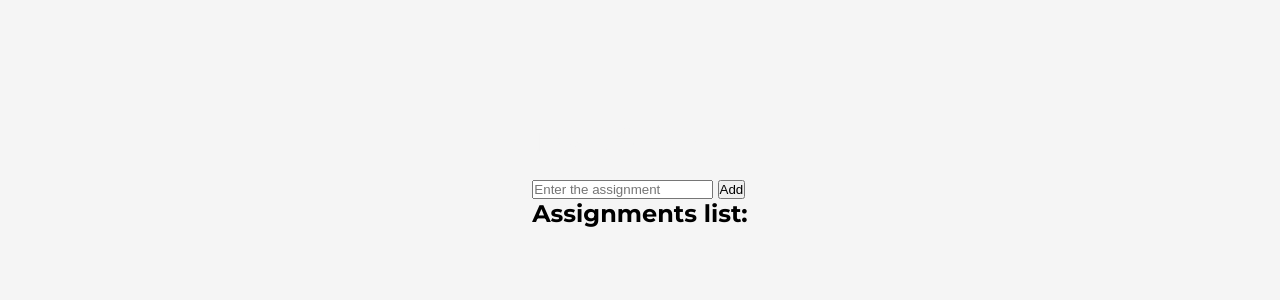
Repository: kimi1723/To-do-app
Page: index.html
The author's editor kept a copy of each file at every save. The page is drawn from the files as they stood at one save, then again after the next save.
The browser window is 1280 px wide. The pictures show the whole page.
Some web libraries are served in a nearby version.

Above is the page before, as saved 2023-03-31 10:40:12.
Console error: TypeError: Cannot read properties of null (reading 'addEventListener')

After the next save:
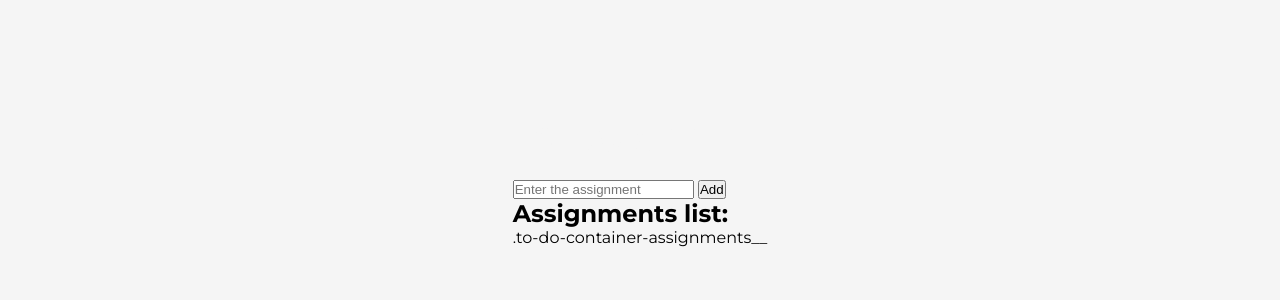
Saved 33 s later.
--- a/index.html
+++ b/index.html
@@ -24,7 +24,7 @@
         <div class="to-do-container-assignments">
             <h2 class="to-do-container-assignments__heading">Assignments list:</h2>
 
-
+            .to-do-container-assignments__
         </div>
     </main>
 

After the save that followed:
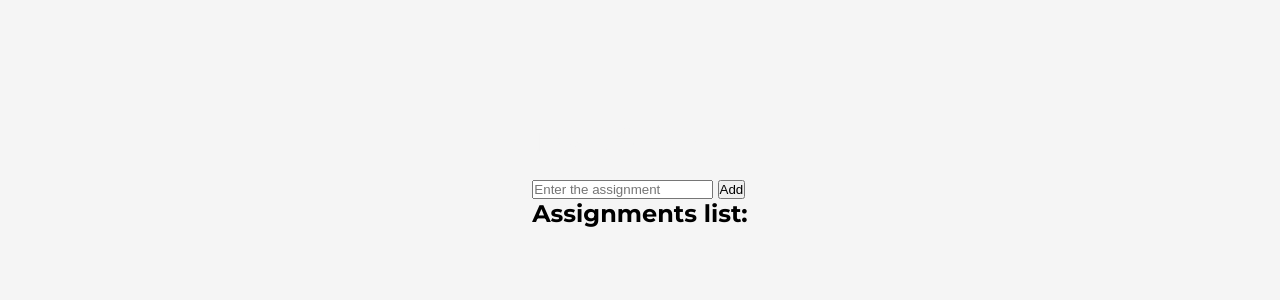
Saved 24 s later.
--- a/index.html
+++ b/index.html
@@ -24,7 +24,9 @@
         <div class="to-do-container-assignments">
             <h2 class="to-do-container-assignments__heading">Assignments list:</h2>
 
-            .to-do-container-assignments__
+            <div class="to-do-container-assignments__assignment">
+
+            </div>
         </div>
     </main>
 
